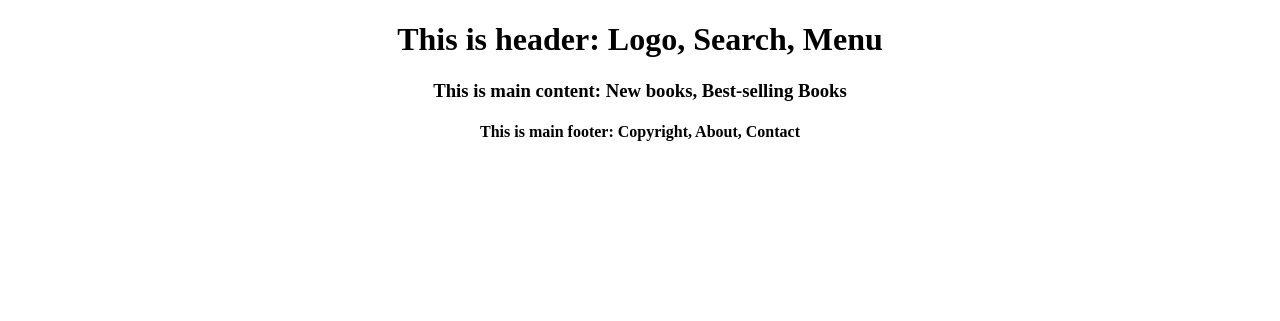
Repository: JadeWensyl/BookStoreProject
Page: http://localhost/BookStoreWebsite/
The author's editor kept a copy of each file at every save. The page is drawn from the files as they stood at one save, then again after the next save.
The browser window is 1280 px wide. The pictures show the whole page.
The page is served by Tomcat 9. Other server files are loaded and not shown.

Above is the page before, as saved 2020-01-03 05:06:05.

### BookStoreWebsite/WebContent/frontend/index.jsp
<%@ page language="java" contentType="text/html; charset=ISO-8859-1"
    pageEncoding="ISO-8859-1"%>
<!DOCTYPE html>
<html>
<head>
<meta charset="ISO-8859-1">
<title>Evergreen Books - Online Books Store</title>
</head>
<body>
	<div align="center">
		<h1>This is header: Logo, Search, Menu</h1>
	</div>

	<div align="center">
		<h3>This is main content: New books, Best-selling Books</h3>
	</div>

	<div align="center">
		<h4>This is main footer: Copyright, About, Contact</h4>
	</div>
</body>
</html>

### BookStoreWebsite/src/com/bookstore/controller/frontend/HomeServlet.java
package com.bookstore.controller.frontend;

import java.io.IOException;

import javax.servlet.RequestDispatcher;
import javax.servlet.ServletException;
import javax.servlet.annotation.WebServlet;
import javax.servlet.http.HttpServlet;
import javax.servlet.http.HttpServletRequest;
import javax.servlet.http.HttpServletResponse;

@WebServlet("")
public class HomeServlet extends HttpServlet {
	private static final long serialVersionUID = 1L;


    public HomeServlet() {
        super();

    }

	protected void doGet(HttpServletRequest request, HttpServletResponse response) throws ServletException, IOException {
		String homepage = "frontend/index.jsp";
		RequestDispatcher dispatcher =  request.getRequestDispatcher(homepage);
		dispatcher.forward(request, response);
	}


}

After the next save:
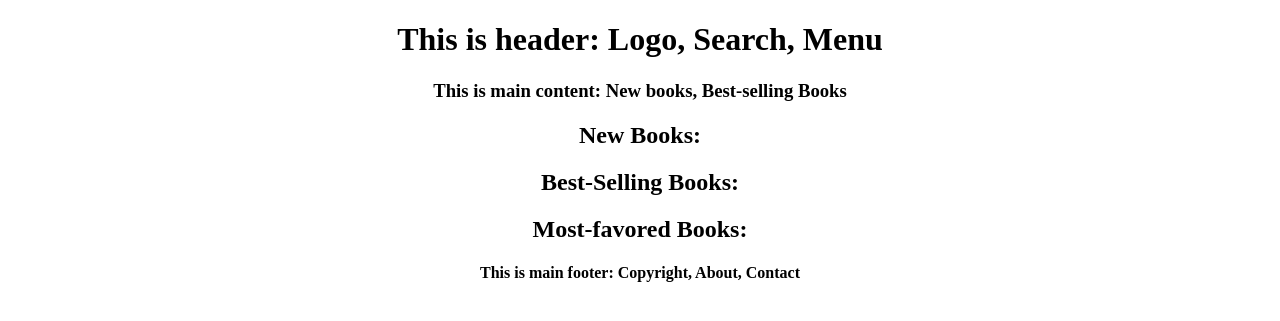
Saved 83 s later.
--- a/BookStoreWebsite/WebContent/frontend/index.jsp
+++ b/BookStoreWebsite/WebContent/frontend/index.jsp
@@ -13,6 +13,9 @@
 
 	<div align="center">
 		<h3>This is main content: New books, Best-selling Books</h3>
+		<h2>New Books:</h2>
+		<h2>Best-Selling Books:</h2>
+		<h2>Most-favored Books:</h2>
 	</div>
 
 	<div align="center">
